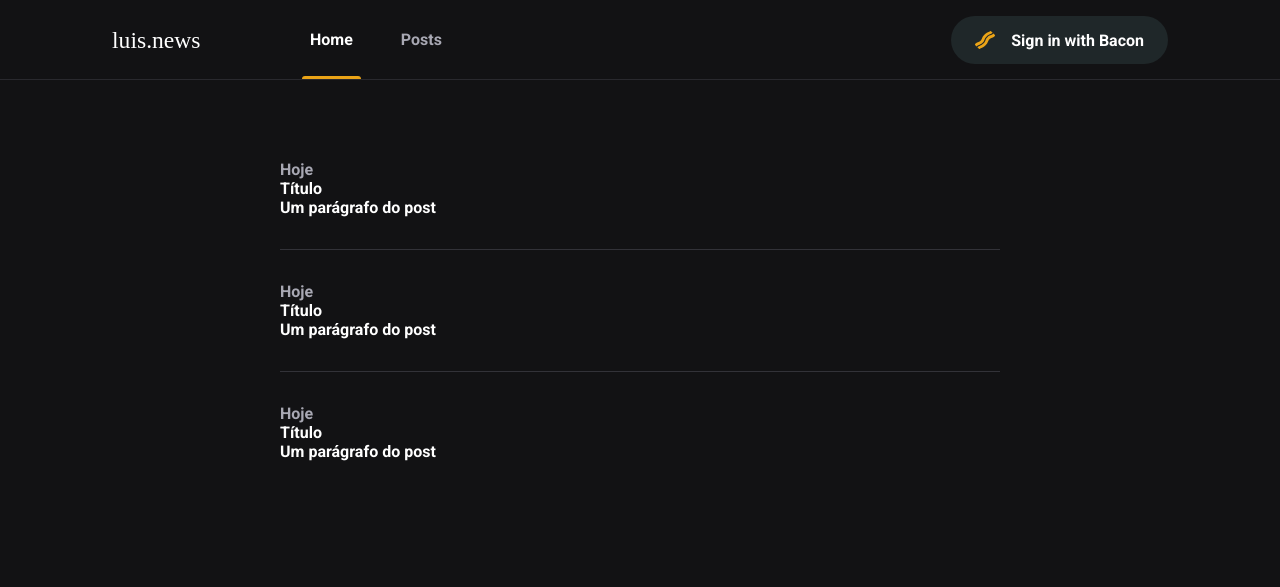
Repository: d4k37/luisnews
Page: /posts
These files come from the project's save history. The page is drawn as it stood at one moment and after the next save; the edit follows.
The browser window is 1280 px wide. The pictures show the whole page.
The page's requests for data from a server got no answer. The project was rebuilt for these pictures with package versions that can differ from the ones it lists, and the page was loaded fresh each time. The framework's server and built-in components were replaced by stand-ins that run in the browser. No one was signed in, and anything a server would have sent is missing.

Above is the page before, as saved 2021-06-09 12:37:20.

After the next save:
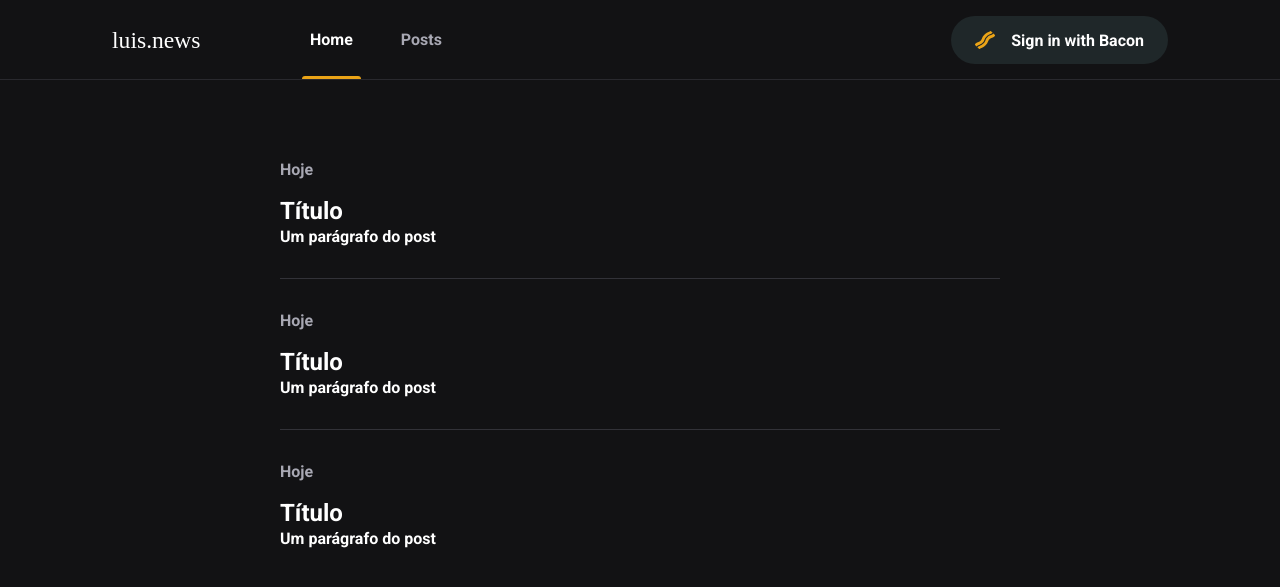
Saved 48 s later.
--- a/src/pages/posts/styles.module.scss
+++ b/src/pages/posts/styles.module.scss
@@ -22,5 +22,12 @@
             align-items: center;
             color: var(--gray-300);
         }
+
+        strong{
+            display: block;
+            font-size: 1.5rem;
+            margin-top: 1rem;
+            line-height: 2rem;
+        }
     }
 }
